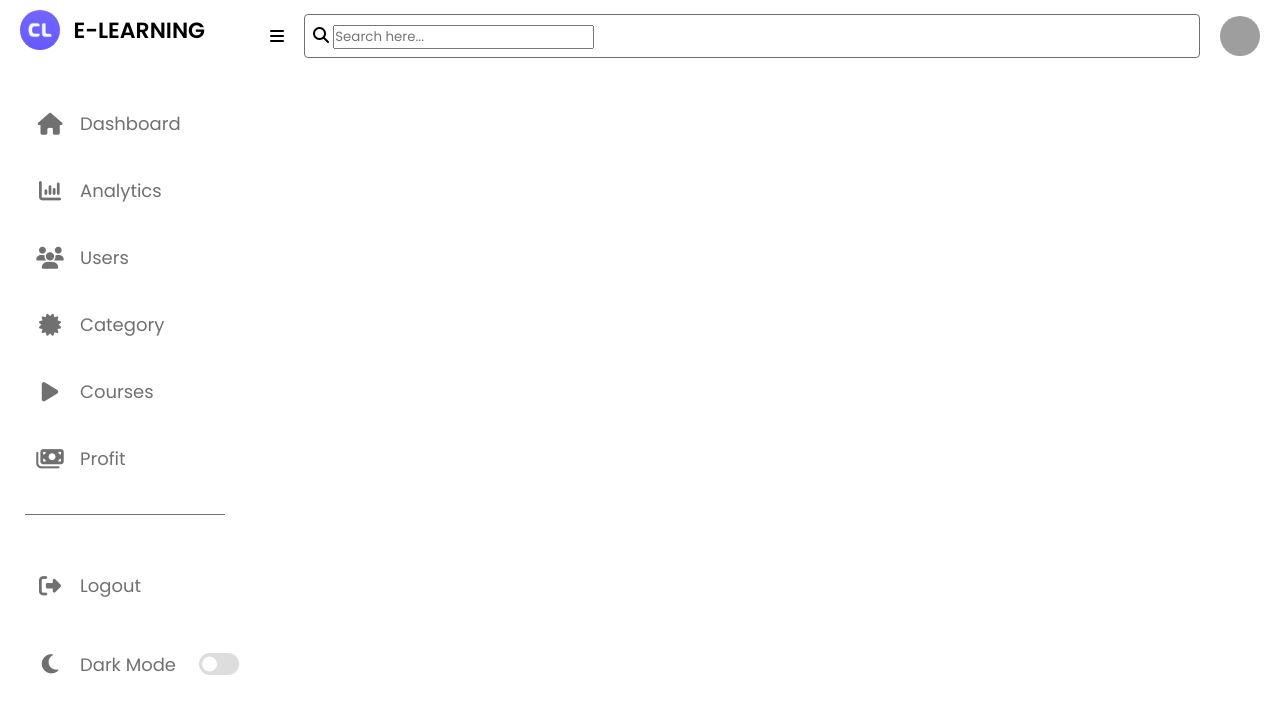
Repository: phamngocthang/practice-html-css
Page: Admin/dist/index.html
An editor plug-in stored every save of this project. The page is shown before and after the next save, followed by the edit.
The browser window is 1280 px wide. The pictures show the whole page.
Pictures or frames that could not be fetched are drawn as grey boxes. The style sheet was rebuilt from its Sass, Less or Tailwind sources for each picture, by a compiler version that may differ from the author's.

Above is the page before, as saved 2023-10-24 22:50:20.

### Admin/dist/index.html
<!DOCTYPE html>
<html lang="en">
<head>
    <meta charset="UTF-8">
    <meta name="viewport" content="width=device-width, initial-scale=1.0">
    <title>Document</title>
    <link rel="stylesheet" href="style/main.css">
    <link rel="stylesheet" href="https://cdnjs.cloudflare.com/ajax/libs/font-awesome/6.4.2/css/all.min.css" integrity="sha512-z3gLpd7yknf1YoNbCzqRKc4qyor8gaKU1qmn+CShxbuBusANI9QpRohGBreCFkKxLhei6S9CQXFEbbKuqLg0DA==" crossorigin="anonymous" referrerpolicy="no-referrer" />
</head>
<body>
    <nav>
        <div class="logo">
            <div class="logo__image">
                <img src="/Images/logo.png" alt="">
            </div>

            <span class="logo__name">
                E-LEARNING
            </span>
        </div>

        <div class="menu">
            <ul class="menu__link">
                <li class="menu__link__item"><a href="#">
                    <i class="fa-solid fa-house"></i>
                    <span>Dashboard</span>
                </a></li>
                <li class="menu__link__item"><a href="#">
                    <i class="fa-solid fa-chart-column"></i>
                    <span>Analytics</span>
                </a></li>
                <li class="menu__link__item"><a href="#">
                    <i class="fa-solid fa-users"></i>
                    <span>Users</span>
                </a></li>
                <li class="menu__link__item"><a href="#">
                    <i class="fa-solid fa-certificate"></i>
                    <span>Category</span>
                </a></li>
                <li class="menu__link__item"><a href="#">
                    <i class="fa-solid fa-play"></i>
                    <span>Courses</span>
                </a></li>
                <li class="menu__link__item"><a href="#">
                    <i class="fa-solid fa-money-bills"></i>
                    <span>Profit</span>
                </a></li>
            </ul>

            <ul class="menu__link">
                <li class="menu__link__item"><a href="#">
                    <i class="fa-solid fa-right-from-bracket"></i>
                    <span>Logout</span>
                </a></li>

                <li class="menu__link__item menu__link__item--darkmode"><a href="#">
                    <i class="fa-solid fa-moon"></i>
                    <span>Dark Mode</span>
                    <div class="menu__toggle">
                        <span class="menu__switch"></span>
                    </div>
                </a></li>
            </ul>
        </div>
    </nav>

    <section class="dashboard">
        <div class="top">
            <i class="fa-solid fa-bars"></i>

            <div class="top__search-box">
                <i class="fa-solid fa-magnifying-glass"></i>
                <input type="text" placeholder="Search here...">
            </div>

            <div class="top__image">
                <img src="/Images/avatar.jpg" alt="">
            </div>
        </div>
    </section>

    <script src="script.js">

    </script>
</body>
</html>

### Admin/dist/script.js
const body = document.querySelector("body");
const modeTogger = document.querySelector(".menu__toggle");

modeTogger.addEventListener("click", () => {
    body.classList.toggle("dark")
})

### Admin/scss/main.scss
@import url('https://fonts.googleapis.com/css2?family=Poppins:wght@200;300;400;500;600&display=swap');
@import 'variables';
* {
    margin: 0;
    padding: 0;
    box-sizing: border-box;
    font-family: 'Poppins', sans-serif;
}

body {
    --primary-color: #{$primary-color};
    --panel-color: #{$panel-color};
    --text-color: #{$text-color};
    --black-light-color: #{$black-light-color};
    --border-color: #{$border-color};
    --toggle-color: #{$toggle-color};
    --box1-color: #{$box1-color};
    --box2-color: #{$box2-color};
    --box3-color: #{$box3-color};
    --title-icon-color: #{$title-icon-color};
    min-height: 100vh;
    background-color: var(--primary-color);
}

body.dark {
    --primary-color: #3A3B3C;
    --panel-color: #242526;
    --text-color: #FFF;
    --black-light-color: #CCC;
    --border-color: #4D4C4C;
    --toggle-color: #FFF;
    --box1-color: #3A3B3C;
    --box2-color: #3A3B3C;
    --box3-color: #3A3B3C;
    --title-icon-color: #CCC;

    .menu__switch::before {
        left: 20px !important;
    }
}

nav {
    position: fixed;
    width: 250px;
    height: 100%;
    top: 0;
    left: 0;
    background-color: var(--panel-color);

    .logo {
        display: flex;
        justify-content: space-between;
        align-items: center;
        &__image {
            min-width: 45px;
            display: flex;
            align-items: center;

            img {
                width: 40px;
                border-radius: 50%;
                object-fit: cover;
            }

        }

        &__name {
            color: var(--text-color);
            font-weight: 600;
            font-size: 22px;
        }
        padding: 10px 45px 10px 20px;
    }

    .menu {
        height: 100%;
        padding: 30px 0px 30px 20px;
        position: relative;


        &::after {
            content: '';
            left: 50%;
            top: 63%;
            width: 80%;
            height: 0.5px;
            transform: translateX(-50%);
            background-color: var(--black-light-color);
            position: absolute;
        }

        &__link {
            list-style: none;
            display: flex;
            flex-direction: column;
            align-items: flex-start;


            &:nth-child(1) {
                height: 70%;
            }


            &__item {
                padding: 20px 0;

                a {
                    text-decoration: none;
                    color: var(--black-light-color);
                    font-size: 18px;
                    display: flex;
                    align-items: center;
                    position: relative;
                    transition: 0.4 ease all;

                    i {
                        min-width: 60px;
                        text-align: center;
                        font-size: 22px;
                    }

                    span {
                        font-weight: 400;
                    }

                    &:hover {
                        color: var(--primary-color);

                        &::before {
                            content: '';
                            width: 5px;
                            height: 5px;
                            border-radius: 50%;
                            background-color: var(--primary-color);
                            position: absolute;
                            transition: 0.4 ease all;
                        }
                    }
                }
            }

            &__item--darkmode {
                display: flex;
                align-items: center;


                .menu__toggle {
                    margin-left: 20px;
                    height: 50px;
                    min-width: 45px;
                    display: flex;
                    align-items: center;
                    justify-content: center;

                    .menu__switch {
                        display: inline-block;
                        border-radius: 25px;
                        position: relative;
                        height: 22px;
                        width: 40px;
                        background-color: var(--toggle-color);

                        &::before {
                            content: '';
                            width: 15px;
                            height: 15px;
                            position: absolute;
                            background-color: var(--title-icon-color);
                            border-radius: 50%;
                            left: 3px;
                            top: 50%;
                            transform: translateY(-50%);
                            transition: $tran-03;
                        }
                    }
                }
            }
        }
    }
}

.dashboard {

    &::before {
        content: '';
        width: 1px;
        height: 80%;
        background-color: var(--black-light-color);
        left: 0;
        top: 0;
    }

    background-color: #FFF;
    margin-left: 250px;
    height: 100vh;

    .top {
        height: 10%;
        display: flex;
        align-items: center;
        justify-content: space-between;
        padding: 10px 20px 10px 20px;

        &__search-box {
            flex: 1;
            width: 100%;
            padding: 8px;
            border-radius: 4px;
            border: 0.4px solid var(--black-light-color);
            margin: 0 20px;
        }

        &__image {
            width: 40px;
            height: 40px;
            margin: 0 20p;

            img {
                width: 100%;
                height: 100%;
                object-fit: cover;
                border-radius: 50%;
            }
        }
    }
}

### Admin/scss/_variables.scss
/* ===== Colors ===== */
$primary-color: #0E4BF1;
$panel-color: #FFF;
$text-color: #000;
$black-light-color: #707070;
$border-color: #e6e5e5;
$toggle-color: #DDD;
$box1-color: #4DA3FF;
$box2-color: #FFE6AC;
$box3-color: #E7D1FC;
$title-icon-color: #fff;

/* ====== Transition ====== */
$tran-05: all 0.5s ease;
$tran-03: all 0.3s ease;
$tran-03: all 0.2s ease;

After the next save:
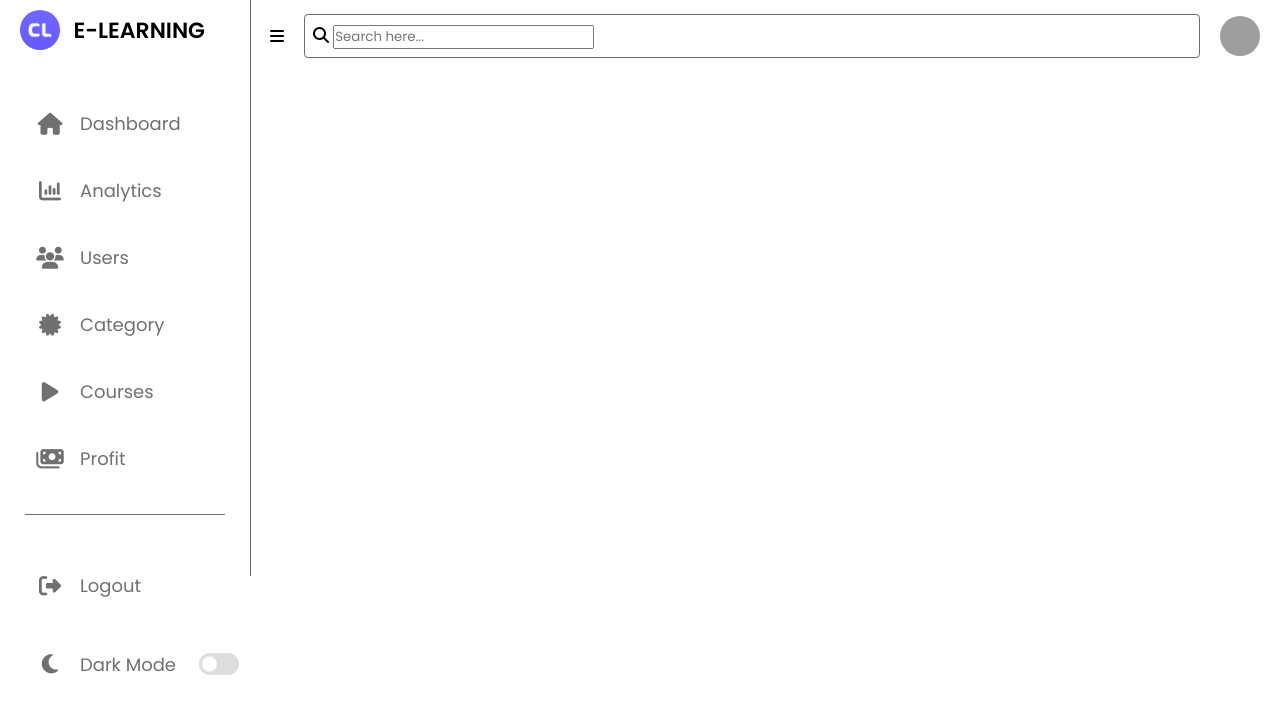
Saved 19 s later.
--- a/Admin/scss/main.scss
+++ b/Admin/scss/main.scss
@@ -180,6 +180,10 @@ nav {
 }
 
 .dashboard {
+    background-color: #FFF;
+    margin-left: 250px;
+    height: 100vh;
+    position: relative;
 
     &::before {
         content: '';
@@ -188,11 +192,8 @@ nav {
         background-color: var(--black-light-color);
         left: 0;
         top: 0;
-    }
-
-    background-color: #FFF;
-    margin-left: 250px;
-    height: 100vh;
+        position: absolute;
+    }
 
     .top {
         height: 10%;
